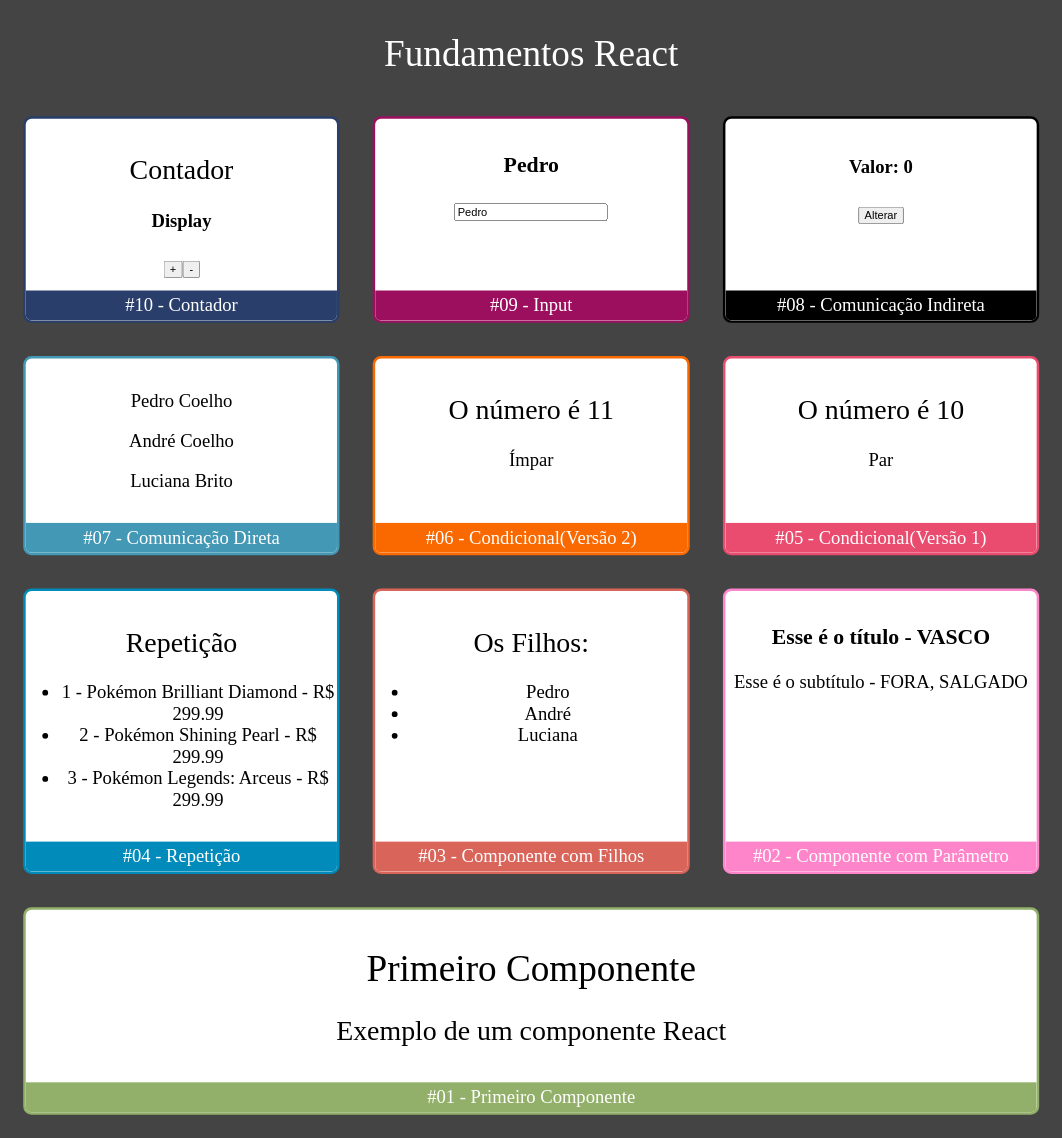
Repository: PedroHQCoelho/fundamentos-react
Page: /
The author's editor kept a copy of each file at every save. The page is drawn from the files as they stood at one save, then again after the next save.
The browser window is 1280 px wide. The pictures show the whole page, at 83% of full size.
The project was rebuilt for these pictures with package versions that can differ from the ones it lists, and the page was loaded fresh each time.

Above is the page before, as saved 2021-12-16 12:50:28.

After the next save:
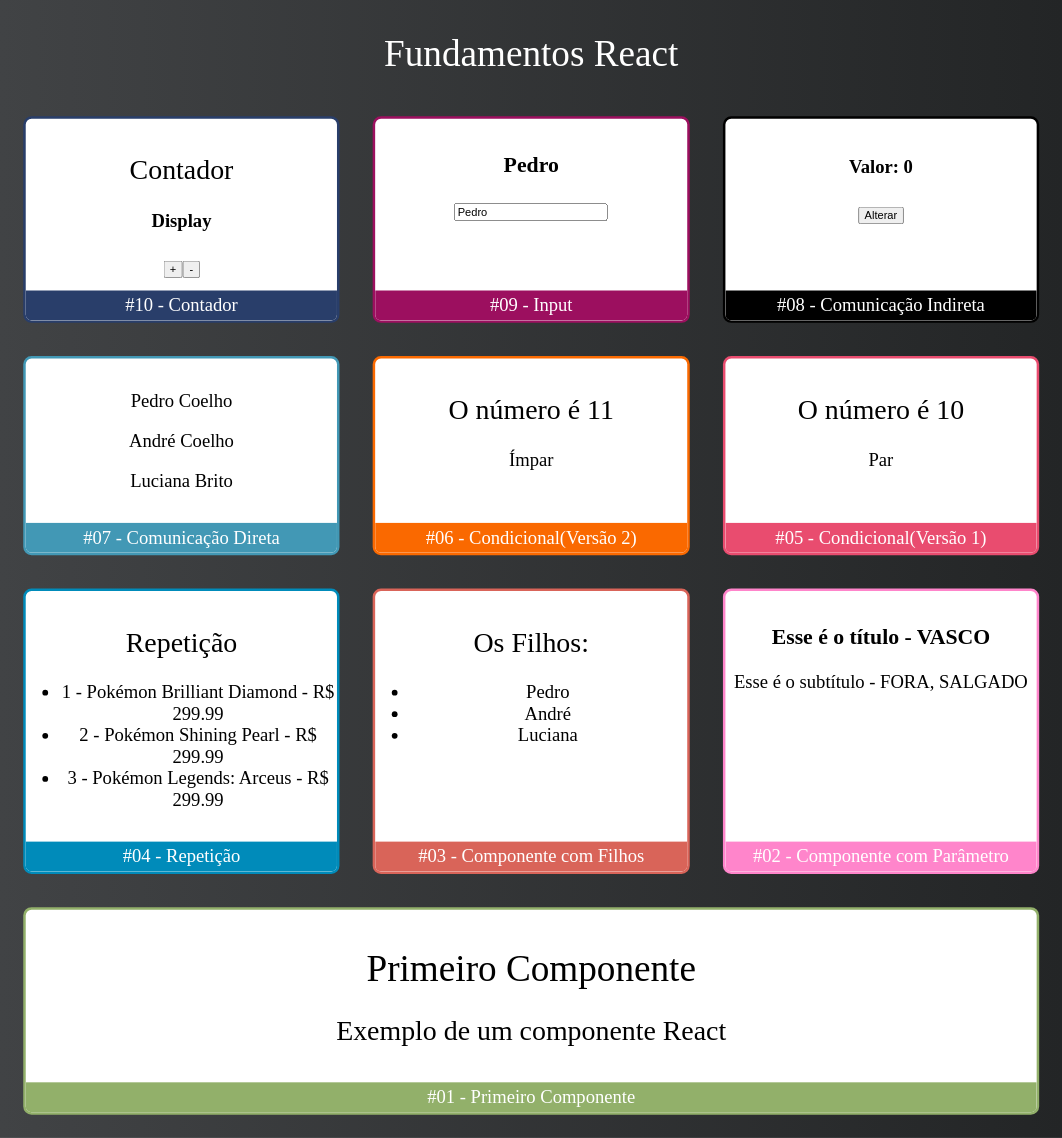
Saved 4 min 54 s later.
--- a/src/index.css
+++ b/src/index.css
@@ -5,6 +5,10 @@ body {
     background-color: #444;
     color: #fff;
     text-align: center;
+    background: #232526;  /* fallback for old browsers */
+    background: -webkit-linear-gradient(to right, #414345, #232526);  /* Chrome 10-25, Safari 5.1-6 */
+    background: linear-gradient(to right, #414345, #232526); /* W3C, IE 10+/ Edge, Firefox 16+, Chrome 26+, Opera 12+, Safari 7+ */
+
 }
 
 h1, h2 {
